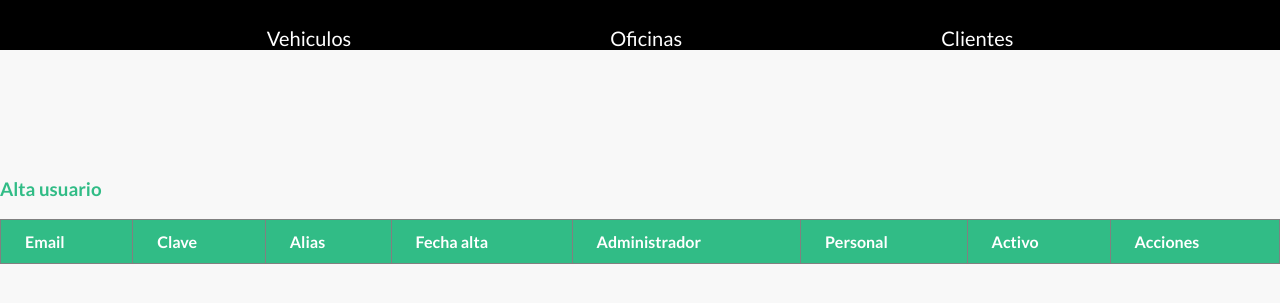
Repository: Mariangeles94/practica_gestion_usuarios
Page: http://localhost/Gestion/administrador/index.php
The author's editor kept a record of every edit. The page is drawn from the files as they stood at one moment, then again after the next edit.
The browser window is 1280 px wide. The pictures show the whole page.
The page is run by PHP 8.4 with error messages shown; the project is at /var/www/html/. Queries for data that is not in the repository find no rows.

Above is the page before.

### administrador/index.php
<?php
require '../clases/AutoCarga.php';
$bd = new DataBase();
$gestor = new ManageUser($bd);
$usuarios = $gestor->getList2();

?>
<!DOCTYPE html>
<html>
    <head>
        <meta charset="UTF-8">
        <title></title>
        <link rel="stylesheet" type="text/css" href="../css/normalize.css" />
		<link rel="stylesheet" type="text/css" href="../css/demo.css" />
		<link rel="stylesheet" type="text/css" href="../css/component.css" />
    </head>
    <body>
      <header>
            <nav>
                <a href="../vehiculos/index.php">Vehiculos</a>
                <a href="../oficina/index.php">Oficinas</a>
                <a href="../cliente/index.php">Clientes</a>
            </nav>
        </header>
        <h3><a class="enlaceInsertar" href="viewinsert.php">Alta usuario</a></h3>
        <table border="1">
            <thead>
                <tr>
                    <th>Email</th>
                    <th>Clave</th>
                    <th>Alias</th>
                    <th>Fecha alta</th>
                    <th>Administrador</th>
                    <th>Personal</th>
                    <th>Activo</th>
                    <th colspan="2">Acciones</th>
                </tr>
            </thead>
            <tbody>
                <?php foreach ($usuarios as $key => $usuario) { ?>
                    <tr>
                        <td><?= $usuario->getEmail(); ?></td>
                        <td><?= $usuario->getClave(); ?></td>
                        <td><?= $usuario->getAlias() ?></td>
                        <td><?= $usuario->getFechaAlta(); ?></td>
                        <td><?= $usuario->getAdministrador() ?></td>
                        <td><?= $usuario->getPersonal() ?></td>
                        <td><?= $usuario->getActivo() ?></td>
                        <td>
                            <a class='borrar' href='phpdelete.php?email=<?= $usuario->getEmail() ?>'> Borrar</a>
                            <a href='viewedit.php?email=<?= $usuario->getEmail() ?>'> Editar</a>
                        </td>
                    </tr>
                <?php } ?>
            </tbody>
        </table>
    </body>
    <script src="../js/scripts.js"></script>
</html>
<?php
$bd->close();

### clases/AutoCarga.php
<?php

class AutoCarga {
    static function cargar($clase){
        $clase = str_replace("\\", "/", $clase);
        $archivo = "../clases/" .$clase . ".php";
         if (file_exists($archivo)) {
              require $archivo;
         }else{
             $archivo = "clases/" .$clase . ".php";
             require $archivo;
         }
   }
}
spl_autoload_register('AutoCarga::cargar'); // Tiene que estar fuera de la clase

### clases/DataBase.php
<?php

class DataBase {

    private $conexion, $consulta;

    function __construct() {
        try {
            $this->conexion = new PDO(
                    'mysql:host=' . Constant::SERVER . ';' .
                    'dbname=' . Constant::DATABASE, Constant::DBUSER, Constant::DBPASSWORD, array(
                PDO::ATTR_PERSISTENT => true,
                PDO::MYSQL_ATTR_INIT_COMMAND => 'set names utf8')
            );
        } catch (PDOException $e) {
            var_dump($e);
            exit();
            //Esta parte hay que completarla
        }
    }

    function close() {
        $this->conexion = null;
    }

    function getCount() {
        return $this->consulta->rowCount();
    }

    function getId() {
        return $this->conexion->lastInsertId();
    }

    function getErrorConection() {
        return $this->conexion->errorInfo();
    }

    function getError() {
        return $this->consulta->errorInfo();
    }

    function send($sql, $parametros = array()) {
        $this->consulta = $this->conexion->prepare($sql);
        foreach ($parametros as $nombreParametro => $valorParametro) {
            $this->consulta->bindValue($nombreParametro, $valorParametro);
        }
      //var_dump($parametros);
      //echo "sql:" .$sql;
        return $this->consulta->execute();
    }

    function getRow() {
        $r = $this->consulta->fetch();
        if ($r === null) {
            $this->consulta->closeCursor();
        }
        return $r;
    }
    function count($tabla, $condicion="1 = 1", $parametros = array()){
        $sql="select count(*) from $tabla where $condicion";
        $this->send($sql, $parametros);
        $fila = $this->getRow();
        return $fila[0];
    }

    function erase($tabla, $condicion, $parametros = array()) {
        //delete from TABLA where CONDICION
        $sql = "delete from $tabla where $condicion";
        if ($this->send($sql, $parametros)) {
            return $this->getCount();
        }
        return false;
    }

     function delete($tabla, $parametros = array()) {
        //delete from TABLA where CONDICION
        $camposWhere = "";
        foreach ($parametros as $nombreParametro => $valorParametro) {
            $camposWhere .= $nombreParametro . " = :" . $nombreParametro . " and ";
        }
        //$camposWhere .= "1=1";
        $camposWhere = substr($camposWhere, 0, -4);
        $sql = "delete from $tabla where $camposWhere";
        if ($this->send($sql, $parametros)) {
            return $this->getCount();
        }
        return false;
    }

    function insert($tabla, $parametros = array(), $auto = true) {
        //insert into TABLA values (VALORES);
        //insert into TABLA (CAMPOS) values (VALORES);
        //insert into TABLA (c1, c2) values (:c1, :c2);
        //si la tabla tiene un campo autonumerico devuelvo el id
        //si no devuelvo el numero de filas insertadas(1)
        //si error devuelvo false
        $campos = "";
        $valores = "";
        foreach ($parametros as $nombreParametro => $valorParametro) {
            $campos .= $nombreParametro . ",";
            $valores .= ":" . $nombreParametro . ",";
        }
        $campos = substr($campos, 0, -1);
        $valores = substr($valores, 0, -1);
        $sql = "insert into $tabla ($campos) values ($valores)";
        if ($this->send($sql, $parametros)) {
            if ($auto) {
                return $this->getId();
            }
            return $this->getCount();
        }
        return false;
    }

    function update($tabla, $parametrosSet = array(), $parametrosWhere = array()) {
        //update TABLA set VALORES where CONDICION
        //update TABLA set c1=:c1, c2=:c2 where c1=:_c1 and c3=:_c3
        $camposSet = "";
        $camposWhere = "";
        $parametros = array();
        foreach ($parametrosSet as $nombreParametro => $valorParametro) {
            $camposSet .= $nombreParametro . " = :" . $nombreParametro . ",";
            $parametros[$nombreParametro] = $valorParametro;
        }
        $camposSet = substr($camposSet, 0, -1);

        foreach ($parametrosWhere as $nombreParametro => $valorParametro) {
            $camposWhere .= $nombreParametro . " = :_" . $nombreParametro . " and ";
            $parametros["_" . $nombreParametro] = $valorParametro;
        }
        //$camposWhere .= "1=1";
        $camposWhere = substr($camposWhere, 0, -4);
        $sql = "update $tabla set $camposSet where $camposWhere";
        if ($this->send($sql, $parametros)) {
            return $this->getCount();
        }
        return -1;
    }

    function query($tabla, $proyeccion = "*", $parametros = array(), $orden = "1", $limite = "") {
        //select CAMPOS from TABLA where CONDICION order by ORDEN LIMIT
        //select c1,c2 from TABLA where c3=:c3 and c4 = :c4 order by c2 desc,c1 limit 8,15
        $campos = "";
        foreach ($parametros as $nombreParametro => $valorParametro) {
            $campos .= $nombreParametro . " = :" . $nombreParametro . " and ";
        }
        $campos .= "1=1";
        //$campos = substr($campos, 0, -4);
        $limit = "";
        if($limite!==""){
            $limit = "limit $limite";
        }
        $sql = "select $proyeccion from $tabla where $campos order by $orden $limit";
        return $this->send($sql, $parametros);
    }

    function select($tabla, $proyeccion = "*", $condicion = "1 = 1",
        $parametros = array(), $orden="1", $limite=""){
        $limit = "";
        if($limite!==""){
            $limit = "limit $limite";
        }
        $sql = "select $proyeccion from $tabla "
                . "where $condicion order by $orden $limit";
        return $this->send($sql, $parametros);
    }

}

### clases/Constant.php
<?php

class Constant {
    const DATABASE = "gestion";
    const SERVER = "localhost";
    const DBUSER = "mariangeles94";
    const DBPASSWORD = "";
    const NRPP = 10;
    const SEMILLA="45856";
}

### clases/ManageUser.php
<?php

class ManageUser {
    private $bd = null;
    private $tabla = "usuario";

    function __construct(DataBase $bd) {
        $this->bd = $bd;
    }

    function get($email) {
        //devuelve un objeto de la clase
        $parametros = array();
        $parametros['email'] = $email;
        $this->bd->select($this->tabla, "*", "email=:email", $parametros);
        $fila = $this->bd->getRow();
        $user = new User();
        $user->set($fila);
        return $user;
    }

    function count($condicion = "1 = 1", $parametros = array()) {
        return $this->bd->count($this->tabla, $condicion, $parametros);
    }

    function delete($email) {
        $parametros = array();
        $parametros['email'] = $email;
        return $this->bd->delete($this->tabla, $parametros);
    }

    function deleteCities($parametros) {
        return $this->bd->delete($this->tabla, $parametros);
    }

    function erase(User $user) {
        return $this->delete($user->getEmail());
    }

   function set(User $user, $pkemail){
        //Update de todos los campos menos el id, el id se usara como el where para el update numero de filas modificadas
        $parametros =$user->getArray();
        $parametrosWhere = array();
        $parametrosWhere["email"]=$pkemail;
        return $this->bd->update($this->tabla, $parametros, $parametrosWhere);
    }
   function setActivo($email,$activo){
        //Update de todos los campos menos el id, el id se usara como el where para el update numero de filas modificadas
        $parametrosSet = array();
        $parametrosSet['activo'] = $activo;

        $parametrosWhere = array();
        $parametrosWhere["email"]=$email;
        return $this->bd->update($this->tabla, $parametrosSet, $parametrosWhere);
    }
     function setClave($email,$clave){
        //Update de todos los campos menos el id, el id se usara como el where para el update numero de filas modificadas
        $parametrosSet = array();
        $parametrosSet['clave'] = $clave;

        $parametrosWhere = array();
        $parametrosWhere["email"]=$email;
        return $this->bd->update($this->tabla, $parametrosSet, $parametrosWhere);
    }

    function insert(User $user) {
        $parametrosSet = array();
        $parametrosSet['email'] = $user->getEmail();
        $parametrosSet['clave'] = $user->getClave();
        $parametrosSet['alias'] = $user->getAlias();
        $parametrosSet['fechaAlta'] = $user->getFechaAlta();
        $parametrosSet['activo'] = $user->getActivo();
        $parametrosSet['administrador'] = $user->getAdministrador();
        $parametrosSet['personal'] = $user->getPersonal();
        return $this->bd->insert($this->tabla, $parametrosSet);
    }

    function getList($pagina = 1, $order = "", $nrpp = Constant::NRPP, $condicion = "1=1", $parametros = array()) {

        $resgistroInicial = ($pagina - 1) * $nrpp;
        $this->bd->select($this->tabla, "*", $condicion, $parametros, $ordenPredeterminado, "$resgistroInicial, $nrpp"); /* limite va desde 1 y saca 10 registros */
        $r = array();
        while ($fila = $this->bd->getRow()) {
            $user = new User();
            $user->set($fila);
            $r[] = $user;
        }
        return $r;
    }
     function getList2($pagina = 1, $nrpp = Constant::NRPP) {
        $resgistroInicial = ($pagina - 1) * $nrpp;
        $this->bd->select($this->tabla, "*", "1=1", array(), "email", "$resgistroInicial, $nrpp"); /* limite va desde 1 y saca 10 registros */
        $r = array();
        while ($fila = $this->bd->getRow()) {
            $user = new User();
            $user->set($fila);
            $r[] = $user;
        }
        return $r;
    }

    function getValuesSelectTodos() {
        $this->bd->query($this->tabla, "*", array());
        $array = array();
        while ($fila = $this->bd->getRow()) {
            $user = new User();
            $user->set($fila);
            $array = $user;
           // $array[$fila[0]] = $fila[1];
        }
        return $array;
    }
    function getValuesSelectUsario() {
        $this->bd->query($this->tabla, "email, clave, alias", array(), "email");
        $array = array();
        while ($fila = $this->bd->getRow()) {
            $array[$fila[0]] = $fila[1];
        }
        return $array;
    }
    function getValuesSelectPersonal() {
        $this->bd->query($this->tabla, "clave, alias, fechaAlta", array(), "fechaAlta");
        $array = array();
        while ($fila = $this->bd->getRow()) {
            $array[$fila[0]] = $fila[1];
        }
        return $array;
    }
}

### css/demo.css
@import url(http://fonts.googleapis.com/css?family=Lato:300,400,700);
@font-face {
	font-family: 'codropsicons';
	src:url('../fonts/codropsicons/codropsicons.eot');
	src:url('../fonts/codropsicons/codropsicons.eot?#iefix') format('embedded-opentype'),
		url('../fonts/codropsicons/codropsicons.woff') format('woff'),
		url('../fonts/codropsicons/codropsicons.ttf') format('truetype'),
		url('../fonts/codropsicons/codropsicons.svg#codropsicons') format('svg');
	font-weight: normal;
	font-style: normal;
}

*, *:after, *:before { -webkit-box-sizing: border-box; -moz-box-sizing: border-box; box-sizing: border-box; }
header nav{
    width: 100%;
    background-color: black;
    height: 50px;
    margin-bottom:10%;
    text-align: center;
    padding-top: 2%;
}
header nav a{
    text-decoration: none;
    color: white;
    width: 10%;
    padding: 10%;
    margin-top: 5%;
    font-size: 1.25em;
}
body {
	font-family: 'Lato', Arial, sans-serif;
	color: #7c8d87;
	background: #f8f8f8;
}

a {
	color: #31bc86;
	text-decoration: none;
}

a:hover, a:focus {
	color: #7c8d87;
}

.container > header {
	margin: 0 auto;
	padding: 2em;
	text-align: center;
	background: rgba(0,0,0,0.01);
}

.container > header h1 {
	font-size: 2.625em;
	line-height: 1.3;
	margin: 0;
	font-weight: 300;
}

.container > header span {
	display: block;
	font-size: 60%;
	opacity: 0.7;
	padding: 0 0 0.6em 0.1em;
}

/* To Navigation Style */
.codrops-top {
	background: #fff;
	background: rgba(255, 255, 255, 0.6);
	text-transform: uppercase;
	width: 100%;
	font-size: 0.69em;
	line-height: 2.2;
}

.codrops-top a {
	text-decoration: none;
	padding: 0 1em;
	letter-spacing: 0.1em;
	display: inline-block;
}

.codrops-top a:hover {
	background: rgba(255,255,255,0.95);
}

.codrops-top span.right {
	float: right;
}

.codrops-top span.right a {
	float: left;
	display: block;
}

.codrops-icon:before {
	font-family: 'codropsicons';
	margin: 0 4px;
	speak: none;
	font-style: normal;
	font-weight: normal;
	font-variant: normal;
	text-transform: none;
	line-height: 1;
	-webkit-font-smoothing: antialiased;
}

.codrops-icon-drop:before {
	content: "\e001";
}

.codrops-icon-prev:before {
	content: "\e004";
}

/* Demo Buttons Style */
.codrops-demos {
	padding-top: 1em;
	font-size: 0.8em;
}

.codrops-demos a {
	display: inline-block;
	margin: 0.5em;
	padding: 0.7em 1.1em;
	outline: none;
	border: 2px solid #31bc86;
	text-decoration: none;
	text-transform: uppercase;
	letter-spacing: 1px;
	font-weight: 700;
}

.codrops-demos a:hover,
.codrops-demos a.current-demo,
.codrops-demos a.current-demo:hover {
	border-color: #7c8d87;
	color: #7c8d87;
}

.related {
	text-align: center;
	font-size: 1.5em;
	padding-bottom: 3em;
}

@media screen and (max-width: 25em) {

	.codrops-icon span {
		display: none;
	}

}

### css/component.css
/* Component styles */
@font-face {
	font-family: 'Blokk';
	src: url('../fonts/blokk/BLOKKRegular.eot');
	src: url('../fonts/blokk/BLOKKRegular.eot?#iefix') format('embedded-opentype'),
		 url('../fonts/blokk/BLOKKRegular.woff') format('woff'),
		 url('../fonts/blokk/BLOKKRegular.svg#BLOKKRegular') format('svg');
	font-weight: normal;
	font-style: normal;
}
.component {
	line-height: 1.5em;
	margin: 0 auto;
	padding: 2em 0 3em;
	width: 90%;
	max-width: 1000px;
	overflow: hidden;
}
.component .filler {
	font-family: "Blokk", Arial, sans-serif;
	color: #d3d3d3;
}
table {
    border-collapse: collapse;
    margin-bottom: 3em;
    width: 100%;
    background: #fff;
}
td, th {
    padding: 0.75em 1.5em;
    text-align: left;
}
	td.err {
		background-color: #e992b9;
		color: #fff;
		font-size: 0.75em;
		text-align: center;
		line-height: 1;
	}
th {
    background-color: #31bc86;
    font-weight: bold;
    color: #fff;
    white-space: nowrap;
}
tbody th {
	background-color: #2ea879;
}
tbody tr:nth-child(2n-1) {
    background-color: #f5f5f5;
    transition: all .125s ease-in-out;
}
tbody tr:hover {
    background-color: rgba(129,208,177,.3);
}

/* For appearance */
.sticky-wrap {
	overflow-x: auto;
	overflow-y: hidden;
	position: relative;
	margin: 3em 0;
	width: 100%;
}
.sticky-wrap .sticky-thead,
.sticky-wrap .sticky-col,
.sticky-wrap .sticky-intersect {
	opacity: 0;
	position: absolute;
	top: 0;
	left: 0;
	transition: all .125s ease-in-out;
	z-index: 50;
	width: auto; /* Prevent table from stretching to full size */
}
	.sticky-wrap .sticky-thead {
		box-shadow: 0 0.25em 0.1em -0.1em rgba(0,0,0,.125);
		z-index: 100;
		width: 100%; /* Force stretch */
	}
	.sticky-wrap .sticky-intersect {
		opacity: 1;
		z-index: 150;

	}
		.sticky-wrap .sticky-intersect th {
			background-color: #666;
			color: #eee;
		}
.sticky-wrap td,
.sticky-wrap th {
	box-sizing: border-box;
}

/* Not needed for sticky header/column functionality */
td.user-name {
	text-transform: capitalize;
}
.sticky-wrap.overflow-y {
	overflow-y: auto;
	max-height: 50vh;
}

### js/scripts.js
/*global document*/
"use strict";
(function() {
    var elementos = document.getElementsByClassName("borrar");
    for (var i = 0; i < elementos.length; i++) {
        var elemento = elementos[i];
        elemento.addEventListener("click", function(event) {
            if (!confirm("¿Borrar?")) {
                event.preventDefault();
            }
        }, false);
    }
}());

Loaded but not shown: css/normalize.css (common file)

After the next edit:
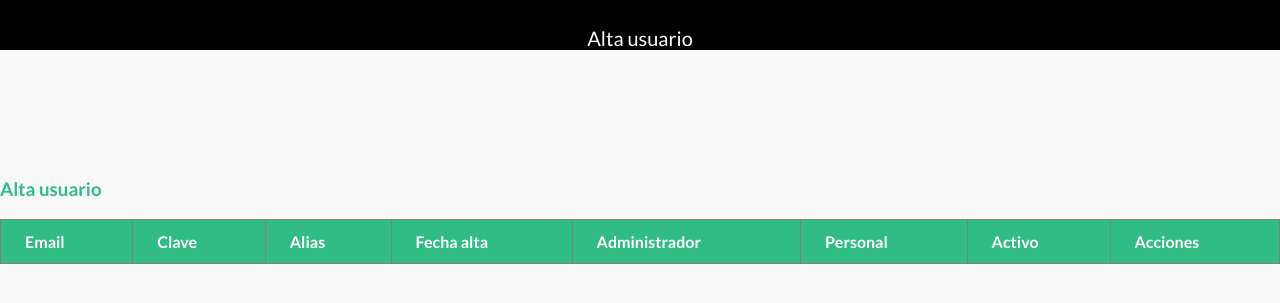
The edit:
--- a/administrador/index.php
+++ b/administrador/index.php
@@ -17,9 +17,8 @@
     <body>
       <header>
             <nav>
-                <a href="../vehiculos/index.php">Vehiculos</a>
-                <a href="../oficina/index.php">Oficinas</a>
-                <a href="../cliente/index.php">Clientes</a>
+                <a href="viewinsert.php">Alta usuario</a>
+
             </nav>
         </header>
         <h3><a class="enlaceInsertar" href="viewinsert.php">Alta usuario</a></h3>
